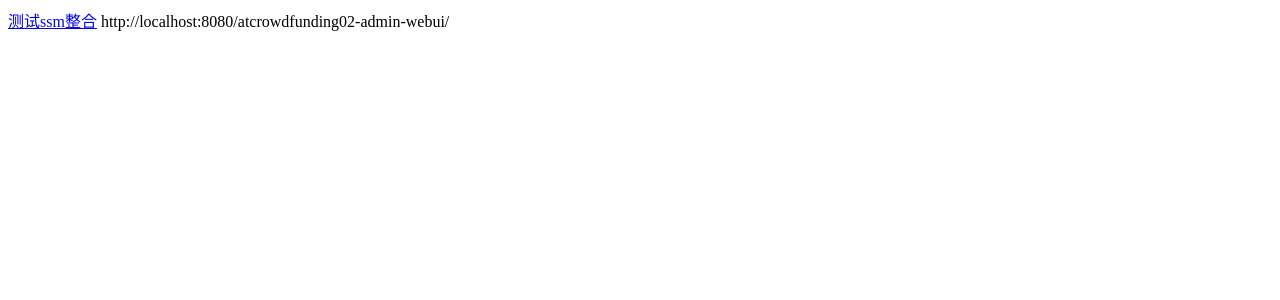
Repository: sk370/01.raise-funds
Page: http://localhost/atcrowdfunding02-admin-webui/
The author's editor kept a copy of each file at every save. The page is drawn from the files as they stood at one save, then again after the next save.
The browser window is 1280 px wide. The pictures show the whole page.
The page is served by Tomcat 9. Nobody is signed in. The application's start-up code is not run.

Above is the page before, as saved 2022-08-31 08:26:03.

### atcrowdfunding01-admin-parent/atcrowdfunding02-admin-webui/src/main/webapp/index.jsp
<%@ page language="java" contentType="text/html; charset=UTF-8"
    pageEncoding="UTF-8"%>
<!DOCTYPE html>
<html>
<head>
<meta charset="UTF-8">
<title>Insert title here</title>
<base href="${pageContext.request.scheme }://${ pageContext.request.serverName}:${ pageContext.request.serverPort}${ pageContext.request.contextPath}/"/>
</head>
<body>
	<a href="${pageContext.request.contextPath}/test/ssm.html">测试ssm整合</a>


${pageContext.request.scheme }://${ pageContext.request.serverName}:${ pageContext.request.serverPort}${ pageContext.request.contextPath}/




</body>
</html>

Loaded but not shown: atcrowdfunding01-admin-parent/atcrowdfunding02-admin-webui/src/main/webapp/jquery/jquery-2.1.1.min.js (library)

After the next save:
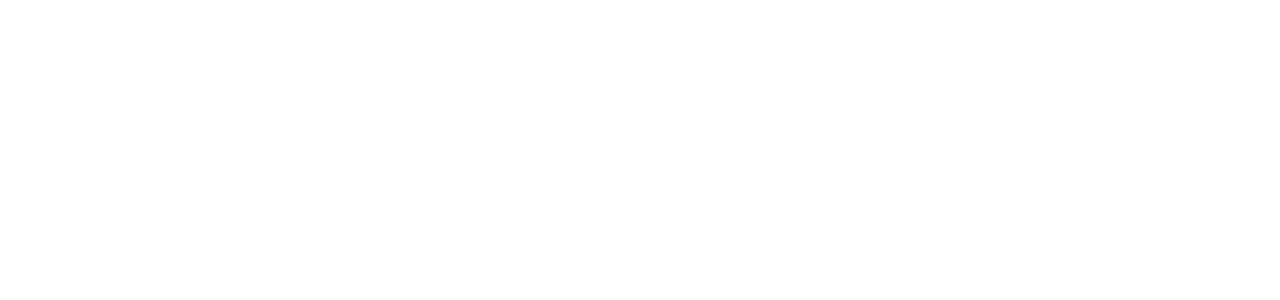
Saved 86 s later.
--- a/atcrowdfunding01-admin-parent/atcrowdfunding02-admin-webui/src/main/webapp/index.jsp
+++ b/atcrowdfunding01-admin-parent/atcrowdfunding02-admin-webui/src/main/webapp/index.jsp
@@ -6,6 +6,7 @@
 <meta charset="UTF-8">
 <title>Insert title here</title>
 <base href="${pageContext.request.scheme }://${ pageContext.request.serverName}:${ pageContext.request.serverPort}${ pageContext.request.contextPath}/"/>
+<script	type="text/javascript" src="jquey/jquery-2.1.1.min.js">
 </head>
 <body>
 	<a href="${pageContext.request.contextPath}/test/ssm.html">测试ssm整合</a>

After the 2 saves that followed:
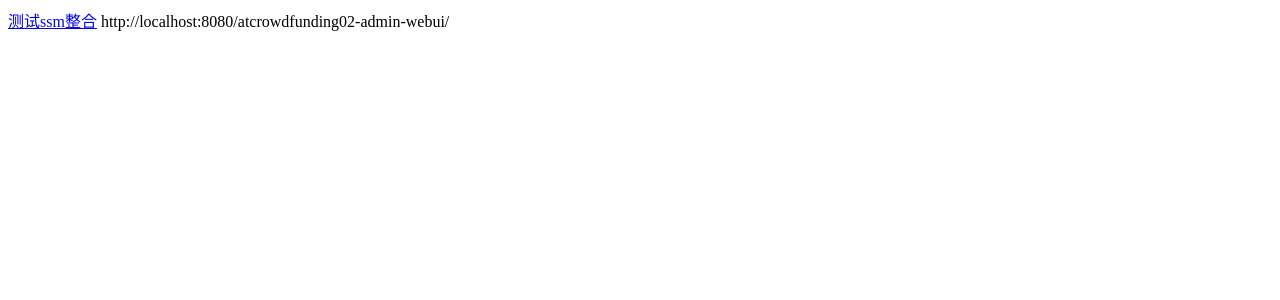
The 2 saves are shown as one change because 1 left the picture as it was.
The last was saved 30 s later.
--- a/atcrowdfunding01-admin-parent/atcrowdfunding02-admin-webui/src/main/webapp/index.jsp
+++ b/atcrowdfunding01-admin-parent/atcrowdfunding02-admin-webui/src/main/webapp/index.jsp
@@ -7,6 +7,9 @@
 <title>Insert title here</title>
 <base href="${pageContext.request.scheme }://${ pageContext.request.serverName}:${ pageContext.request.serverPort}${ pageContext.request.contextPath}/"/>
 <script	type="text/javascript" src="jquey/jquery-2.1.1.min.js">
+<script>
+
+</script>
 </head>
 <body>
 	<a href="${pageContext.request.contextPath}/test/ssm.html">测试ssm整合</a>
